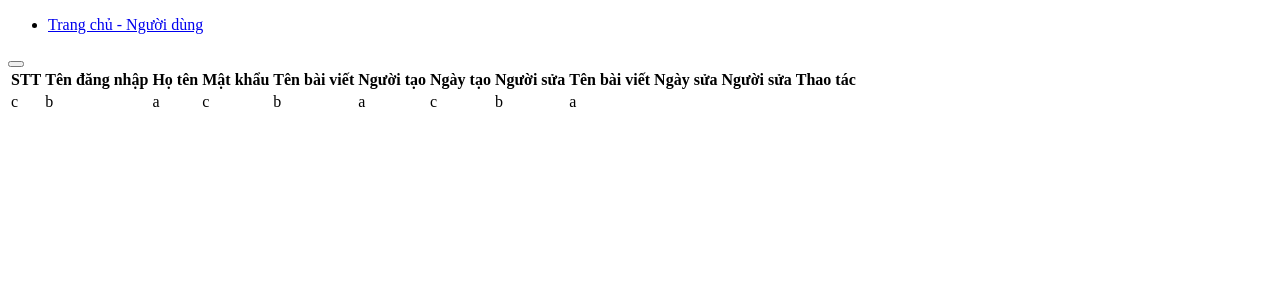
Repository: QuangThuanLion/Project_SpringMVC
Page: http://localhost/springweb-mvc/WEB-INF/views/admin/user/users.jsp
These files come from the project's save history. The page is drawn as it stood at one moment and after the next save; the edit follows.
The browser window is 1280 px wide. The pictures show the whole page.
The page is served by Tomcat 9. Nobody is signed in. Other server files are loaded and not shown. The template is opened directly, without the code that normally fills it, so the values that code supplies are empty.

Above is the page before, as saved 2020-07-05 11:34:06.

### workspace/springweb-mvc/src/main/webapp/WEB-INF/views/admin/user/users.jsp
<%@ page language="java" contentType="text/html; charset=UTF-8"
    pageEncoding="UTF-8"%>
<!DOCTYPE html>
<html>
<head>
<meta charset="UTF-8">
<title>Danh sách- Danh sách người dùng</title>
</head>
<body>

	<div class="main-content">
	<form>
			<div class="main-content-inner">
				<div class="breadcrumbs ace-save-state" id="breadcrumbs">
					<ul class="breadcrumb">
						<li>
							<i class="ace-icon fa fa-home home-icon"></i>
							<a href="#">Trang chủ - Người dùng</a>
						</li>
					</ul><!-- /.breadcrumb -->
				</div>
				<div class="page-content">
					<div class="row">
						<div class="col-xs-12">
							<div class="widget-box table-filter">
									<div class="table-btn-controls">
										<div class="pull-right tableTools-container">
											<div class="dt-buttons btn-overlap btn-group">
												<a flag="info"
												   class="dt-button buttons-colvis btn btn-white btn-primary btn-bold" data-toggle="tooltip"
												   title='Thêm bài viết' href="#">
															<span>
																<i class="fa fa-plus-circle bigger-110 purple"></i>
															</span>
												</a>
												<button id="btnDelete" type="button" onclick="warningBeforeDelete()"
														class="dt-button buttons-html5 btn btn-white btn-primary btn-bold" data-toggle="tooltip" title='Xóa bài viết'>
															<span>
																	<i class="fa fa-trash-o bigger-110 pink"></i>
															</span>
												</button>
											</div>
										</div>
									</div>
								</div>

								<div class="row">
									<div class="col-xs-12">
										<div class="table-responsive">
											<table class="table table-bordered">
												<thead>
													<tr>
														<th>STT</th>
														<th>Tên đăng nhập</th>
														<th>Họ tên </th>
														<th>Mật khẩu</th>																											<th>Tên bài viết</th>
														<th>Người tạo</th>
														<th>Ngày tạo</th>
														<th>Người sửa</th>																												<th>Tên bài viết</th>
														<th>Ngày sửa</th>
														<th>Người sửa</th>
														<th>Thao tác</th>
													</tr>
												</thead>
												<tbody>
														<tr>
															<td>c</td>
															<td>b</td>
															<td>a</td>
															<td>c</td>
															<td>b</td>
															<td>a</td>																													<td>c</td>
															<td>b</td>
															<td>a</td>
															<td>
															<a class="btn btn-sm btn-primary btn-edit" data-toggle="tooltip"
																title="Cập nhật bài viết" href="#">
																<i class="fa fa-pencil-square-o" aria-hidden="true"></i>
															</a>
															</td>
														</tr>

												</tbody>
											</table>
										</div>
									</div>
								</div>
							</div>
						</div>
					</div>
				</div>
			</form>
		</div>
<!-- /.main-content -->

</body>
</html>

After the next save:
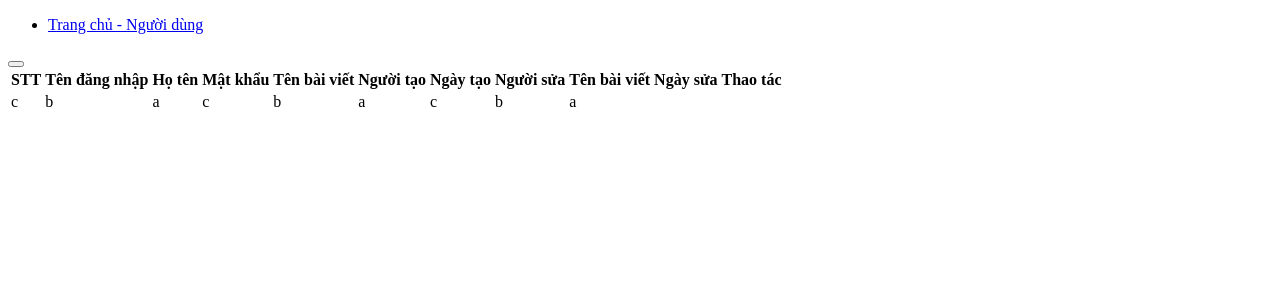
Saved 5 s later.
--- a/workspace/springweb-mvc/src/main/webapp/WEB-INF/views/admin/user/users.jsp
+++ b/workspace/springweb-mvc/src/main/webapp/WEB-INF/views/admin/user/users.jsp
@@ -58,7 +58,6 @@
 														<th>Ngày tạo</th>
 														<th>Người sửa</th>																												<th>Tên bài viết</th>
 														<th>Ngày sửa</th>
-														<th>Người sửa</th>
 														<th>Thao tác</th>
 													</tr>
 												</thead>
